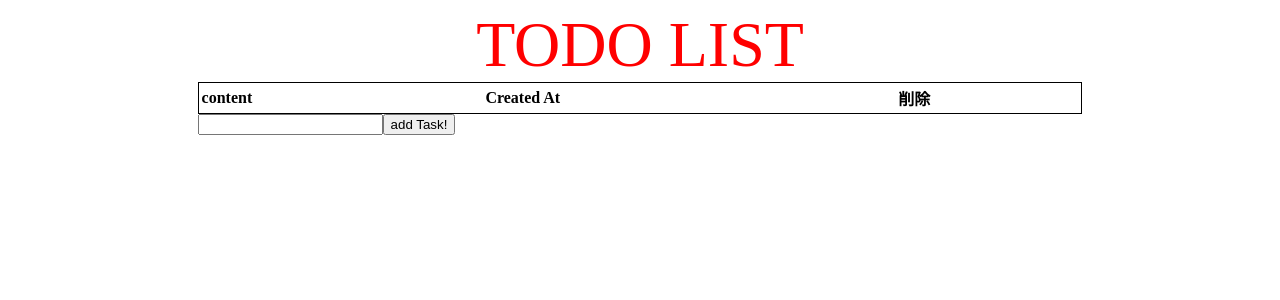
Repository: WistreHosshii/hacathon_todolList
Page: /
The author's editor kept a copy of each file at every save. The page is drawn from the files as they stood at one save, then again after the next save.
The browser window is 1280 px wide. The pictures show the whole page.
The page's requests for data from a server got no answer. The project was rebuilt for these pictures with package versions that can differ from the ones it lists, and the page was loaded fresh each time. No one was signed in, and anything a server would have sent is missing.

Above is the page before, as saved 2019-06-11 00:29:39.

### index.html
<!DOCTYPE html>
<html lang="ja">

<head>
    <meta charset="UTF-8">
    <meta name="viewport" content="width=device-width, initial-scale=1.0">
    <meta http-equiv="X-UA-Compatible" content="ie=edge">
    <title>Document</title>
    <!-- <link rel="stylesheet" href="./index.css"> -->
</head>

<body>
    <div id="root"></div>
    <script src="./index.tsx"></script>
</body>

</html>

### App.tsx
import React, { Component } from 'react';
import { get, post, deleteTask } from './axios';
import styled from 'styled-components';

const CustomizedText = styled.div`
  font-size: 4rem;
  color: red;
  text-align: center;
`;
const Body = styled.div`
  width: 100%;
  font-size: 1rem;
`;
const JobTable = styled.table`
  text-align: left;
  margin: 0 auto;
  width: 100%;
  border: solid 1px black;
`;
const Form = styled.div`
  padding: 1５px;
`;
const TableWrapper = styled.div`
  margin: 0 auto;
  width: 70%;
`;
interface Props {}
interface State {
  todos: Todo[];
  value: string;
}

export default class App extends Component<Props, State> {
  constructor(props: any) {
    super(props);
    this.state = {
      todos: [],
      value: '',
    };
    this.handleChange = this.handleChange.bind(this);
  }

  componentDidMount() {
    get().then(response => {
      const todos: Todo[] = response.data.todos;
      this.setState({ todos });
    });
  }
  addTaskHandler() {
    if (this.state.value !== '') {
      post(this.state.value).then(response => {
        const todo: Todo = response.data;
        this.setState(state => ({ todos: [...state.todos, todo] }));
        this.setState({ value: '' });
      });
    }
  }
  deleteTaskHandler(id: string) {
    deleteTask(id).then(response => {
      const todos = this.state.todos.filter(v => v.id !== id);
      this.setState({ todos });
    });
  }
  handleChange(event: any) {
    this.setState({ value: event.target.value });
  }

  render() {
    return (
      <Body>
        <div className="todoList">
          <CustomizedText>TODO LIST</CustomizedText>
          <TableWrapper>
            <JobTable>
              <tbody>
                <tr>
                  <th>content</th>
                  <th>Created At</th>
                  <th>削除</th>
                </tr>

                {this.state.todos.reverse().map((todo, i) => {
                  return (
                    <tr key={i}>
                      <td>{todo.content}</td>
                      <td>{new Date(todo.createdAt).toLocaleString()}</td>
                      <td>
                        <button
                          onClick={() => {
                            this.deleteTaskHandler(todo.id);
                          }}
                        >
                          削除!
                        </button>
                      </td>
                    </tr>
                  );
                })}
              </tbody>
            </JobTable>
            <Form className="computeTaskWrapper">
              <input type="text" value={this.state.value} onChange={this.handleChange} />
              <button
                className="btn"
                onClick={() => {
                  this.addTaskHandler();
                }}
              >
                add Task!
              </button>
            </Form>
          </TableWrapper>
        </div>
      </Body>
    );
  }
}

### axios.tsx
import axios from 'axios';
import App from './App';

const url = 'http://hackathon-test-server.jichoup.trap.show/';
export const get = () => {
  return axios.get(url);
};
export const post = (value: string) => {
  const content: TodoList.Post.Request = { content: value };
  return axios.post(url, content);
};
export const deleteTask = (_id: string) => {
  const id: TodoList.Delete.Request = { id: _id };
  return axios.delete(url, { data: id });
};

Loaded but not shown: index.tsx (common file)

After the next save:
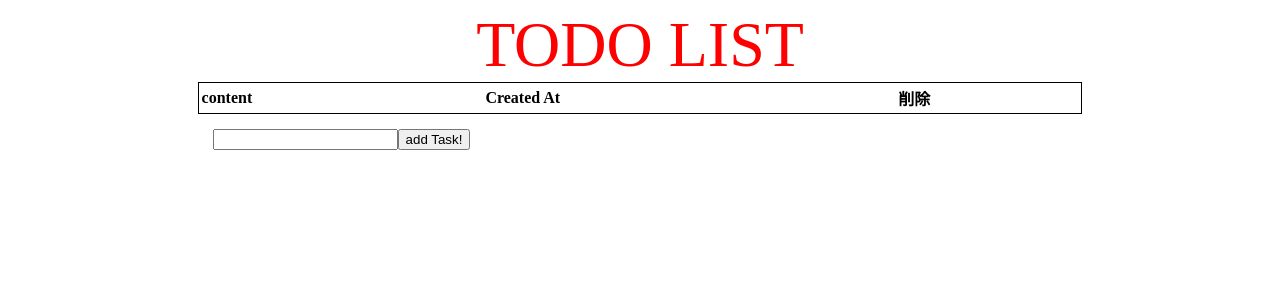
Saved 6 s later.
--- a/App.tsx
+++ b/App.tsx
@@ -18,7 +18,7 @@ const JobTable = styled.table`
   border: solid 1px black;
 `;
 const Form = styled.div`
-  padding: 1５px;
+  padding: 15px;
 `;
 const TableWrapper = styled.div`
   margin: 0 auto;
